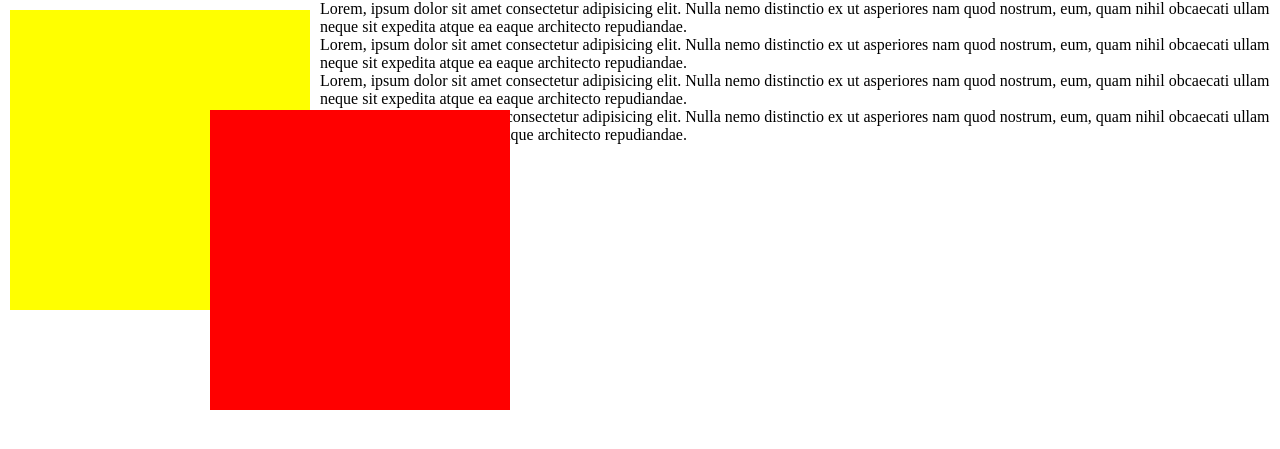
Repository: danilodscosta/CursoHTML
Page: aula1/aulascss.html
These files come from the project's save history. The page is drawn as it stood at one moment and after the next save; the edit follows.
The browser window is 1280 px wide. The pictures show the whole page.

Above is the page before, as saved 2024-01-11 15:47:46.

### aula1/aulascss.html
<!DOCTYPE html>
<html lang="pt-BR">

<head>
    <meta charset="utf-8">
    <meta name="viewport" content="width=device-width, inital-scale=1.0">
    <title>Aulas CSS</title>
    <link rel="stylesheet" href="assets/css/aulasstyle.css">
</head>



<body>
    <div class="pai">
        <div class="filha1"></div>
        <div class="filha2"></div>
    </div>
    <p>Lorem, ipsum dolor sit amet consectetur adipisicing elit. Nulla nemo distinctio ex ut asperiores nam quod nostrum, eum, quam nihil obcaecati ullam neque sit expedita atque ea eaque architecto repudiandae.</p>
    <p>Lorem, ipsum dolor sit amet consectetur adipisicing elit. Nulla nemo distinctio ex ut asperiores nam quod nostrum, eum, quam nihil obcaecati ullam neque sit expedita atque ea eaque architecto repudiandae.</p>
    <p>Lorem, ipsum dolor sit amet consectetur adipisicing elit. Nulla nemo distinctio ex ut asperiores nam quod nostrum, eum, quam nihil obcaecati ullam neque sit expedita atque ea eaque architecto repudiandae.</p>
    <p>Lorem, ipsum dolor sit amet consectetur adipisicing elit. Nulla nemo distinctio ex ut asperiores nam quod nostrum, eum, quam nihil obcaecati ullam neque sit expedita atque ea eaque architecto repudiandae.</p>
</body>
</html>

### aula1/assets/css/aulasstyle.css
/*
ID Classes, atributos e pseudo-classes  Elementos e pseudo-elementos
*/

* {
    margin: 0;
}

.pai {}

.filha1, .filha2 {
    width: 300px;
    height: 300px;
    background: rgba(255, 0, 0, 1);
    margin: 10px;
    position: static;
}

.filha1 {
    position: absolute;
    top: 100px;
    left: 200px;
}

.filha2 {
    background-color: yellow;
    float: left;
}

After the next save:
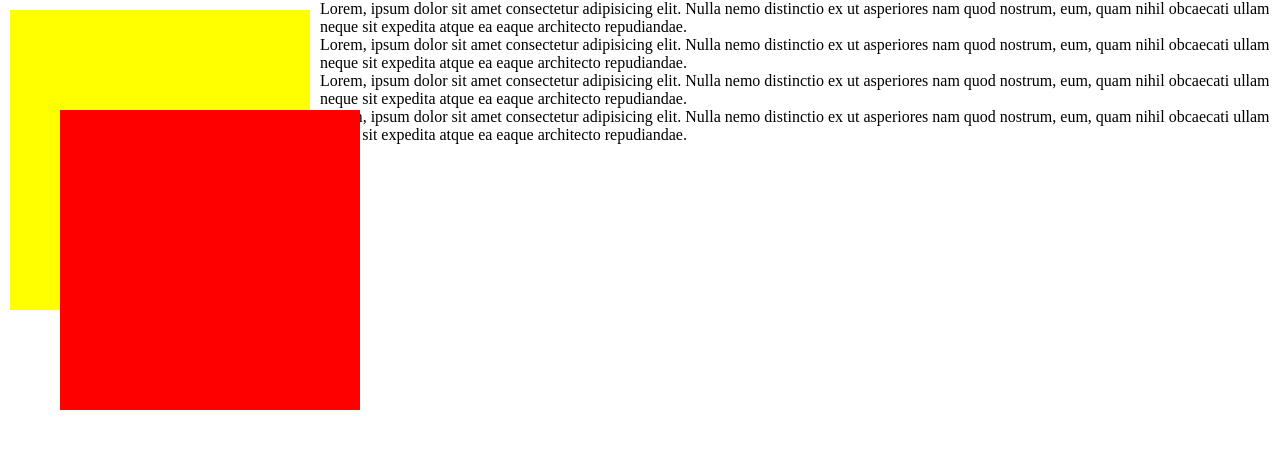
Saved 13 s later.
--- a/aula1/assets/css/aulasstyle.css
+++ b/aula1/assets/css/aulasstyle.css
@@ -19,7 +19,7 @@ ID Classes, atributos e pseudo-classes  Elementos e pseudo-elementos
 .filha1 {
     position: absolute;
     top: 100px;
-    left: 200px;
+    left: 50px;
 }
 
 .filha2 {
